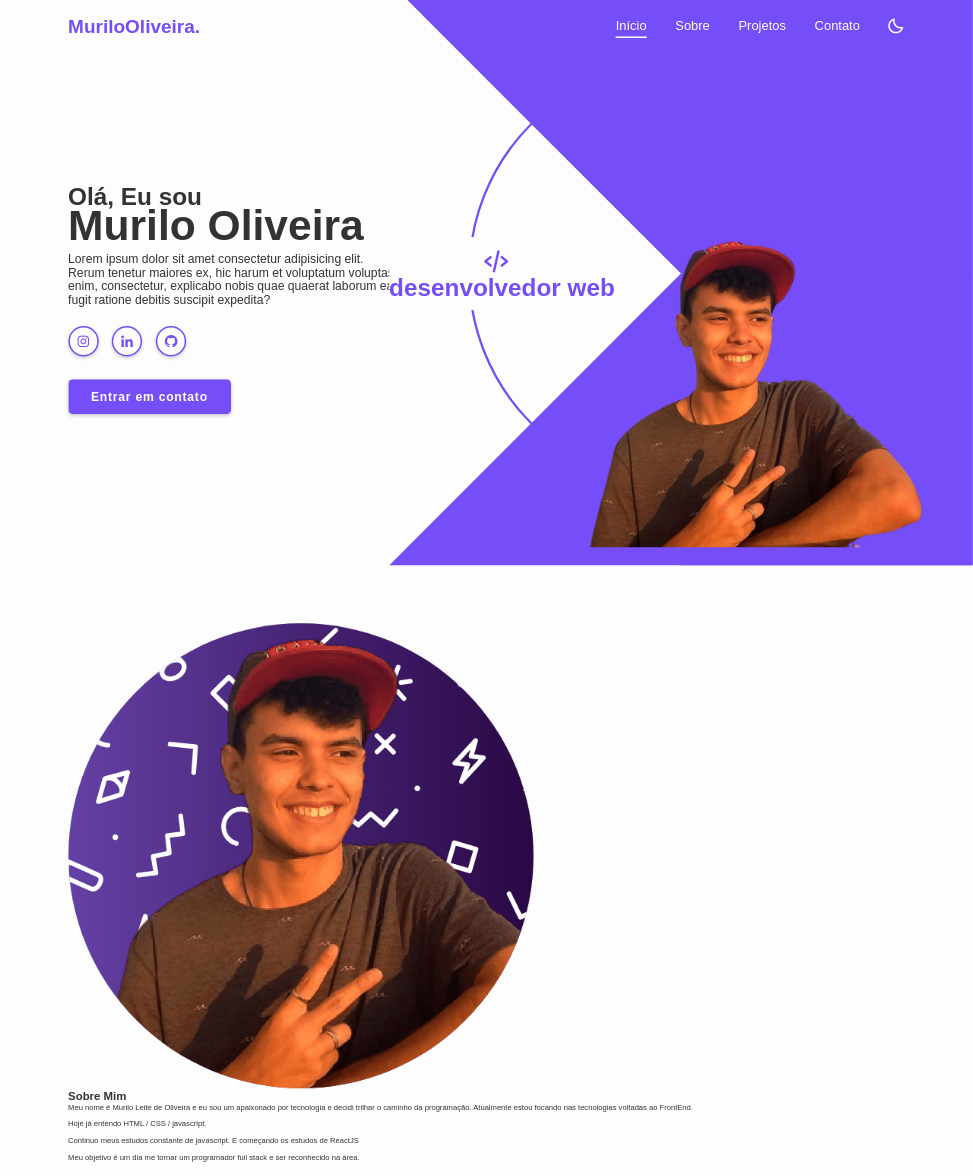
Repository: devMuriloOliveira/Portfolio-
Page: index.html
An editor plug-in stored every save of this project. The page is shown before and after the next save, followed by the edit.
The browser window is 1280 px wide. The pictures show the whole page, at 76% of full size.

Above is the page before, as saved 2023-03-11 16:02:42.

After the next save:
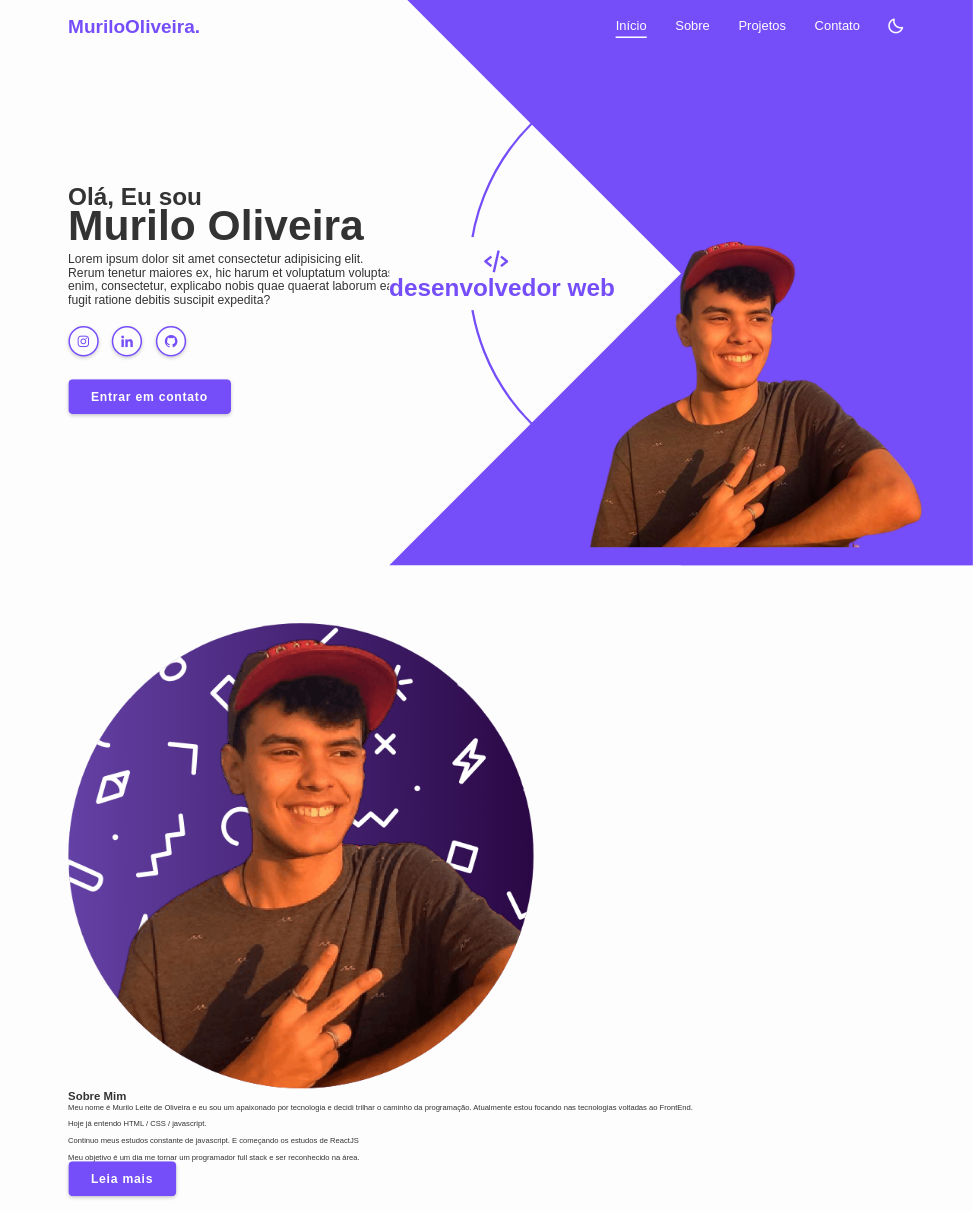
Saved 98 s later.
--- a/index.html
+++ b/index.html
@@ -113,6 +113,8 @@
           Meu objetivo é um dia me tornar um programador full stack e ser
           reconhecido na área.
         </p>
+
+        <a href="#" class="btn">Leia mais</a>
       </div>
     </section>
 
